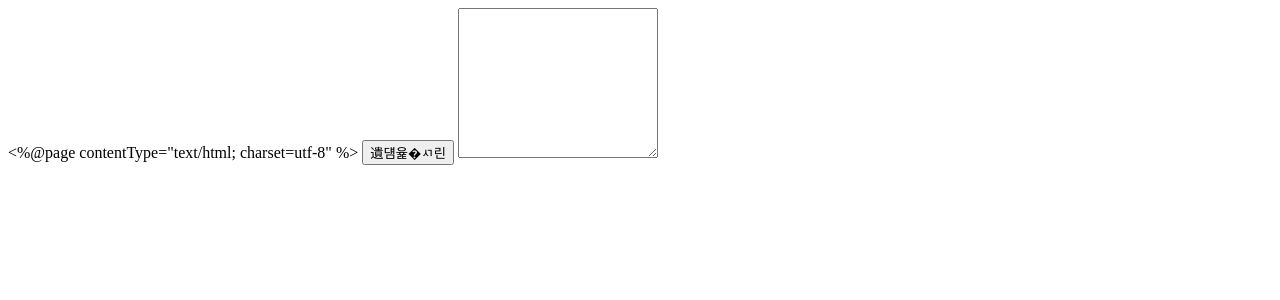
Repository: hyeong-jun-98/SL_front
Page: web0812/src/main/webapp/test/client.html
These files come from the project's save history. The page is drawn as it stood at one moment and after the next save; the edit follows.
The browser window is 1280 px wide. The pictures show the whole page.

Above is the page before, as saved 2022-08-12 05:03:00.

### web0812/src/main/webapp/test/client.html
<%@page contentType="text/html; charset=utf-8" %>
<!DOCTYPE html>
<html>
<head>
<meta charset="EUC-KR">
<title>Insert title here</title>
<script>
function loadData() {
	//location.href = "/test/data.jsp"; 		// 전쳎 페이지를 로드한다ㅣ.

	var xhttp = new XMLHttpRequest();
	console.log(xhttp);

	xhttp.open("GET", "/test/data.jsp", true);
	xhttp.send();

}

	window.addEventListener("load", function () {
		document.querySelector("button").addEventListener("click", function() {
			loadData();

		})

	})

</script>

</head>
<body>


<Button>불러오기</Button>
<textarea style="width:200px;height:150px"></textarea>
</body>
</html>

After the next save:
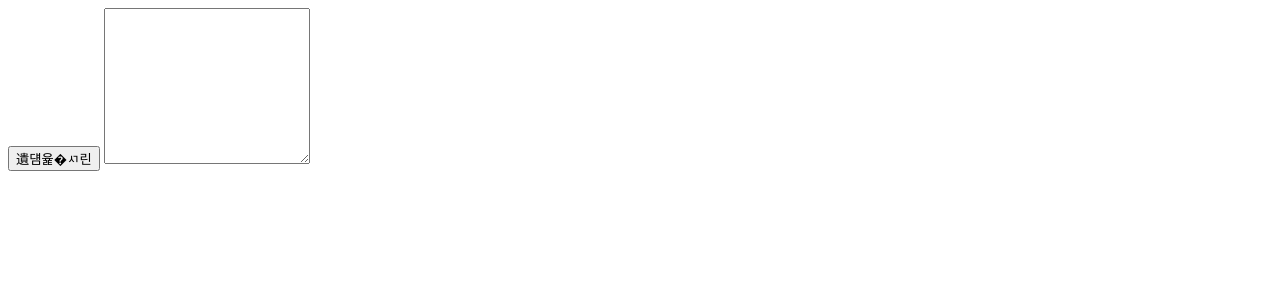
Saved 21 s later.
--- a/web0812/src/main/webapp/test/client.html
+++ b/web0812/src/main/webapp/test/client.html
@@ -1,4 +1,4 @@
-<%@page contentType="text/html; charset=utf-8" %>
+
 <!DOCTYPE html>
 <html>
 <head>
